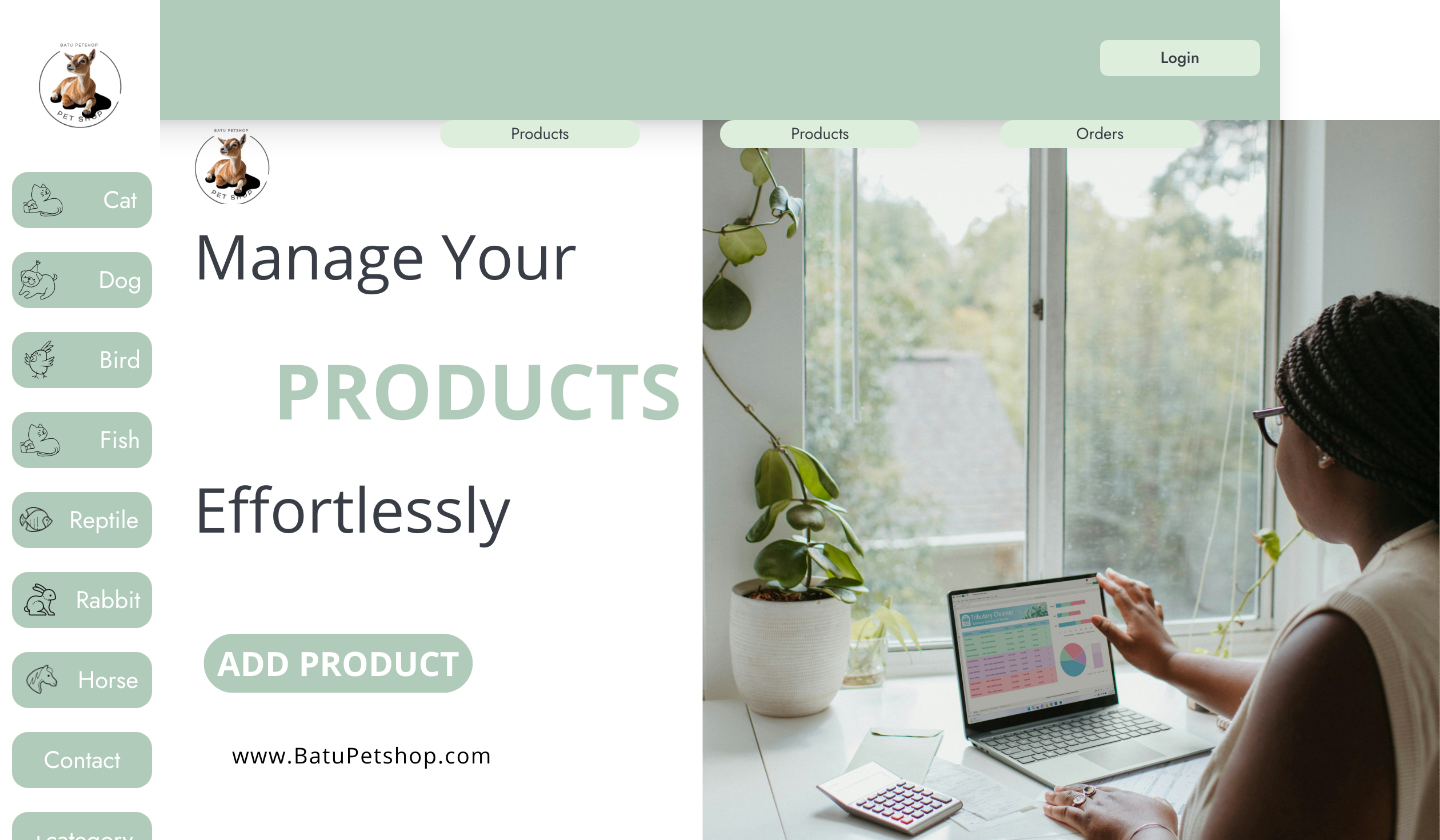
Repository: batu-call/batu-petshop
Page: /main (app in petshopp-appAdmin/admin/)
The author's editor kept a copy of each file at every save. The page is drawn from the files as they stood at one save, then again after the next save.
The browser window is 1280 px wide. The page is 1440 px wide, then 1280 px, then 1440 px, so the pictures cover 1440 px, including what lies to the right of the window. The pictures show the whole page.
The project was rebuilt for these pictures with package versions that can differ from the ones it lists, and the page was loaded fresh each time. The framework's server and built-in components were replaced by stand-ins that run in the browser. Also part of the build but not shown: petshopp-appAdmin/admin/next.config.ts.

Above is the page before, as saved 2025-09-21 01:38:49.

After the next save:
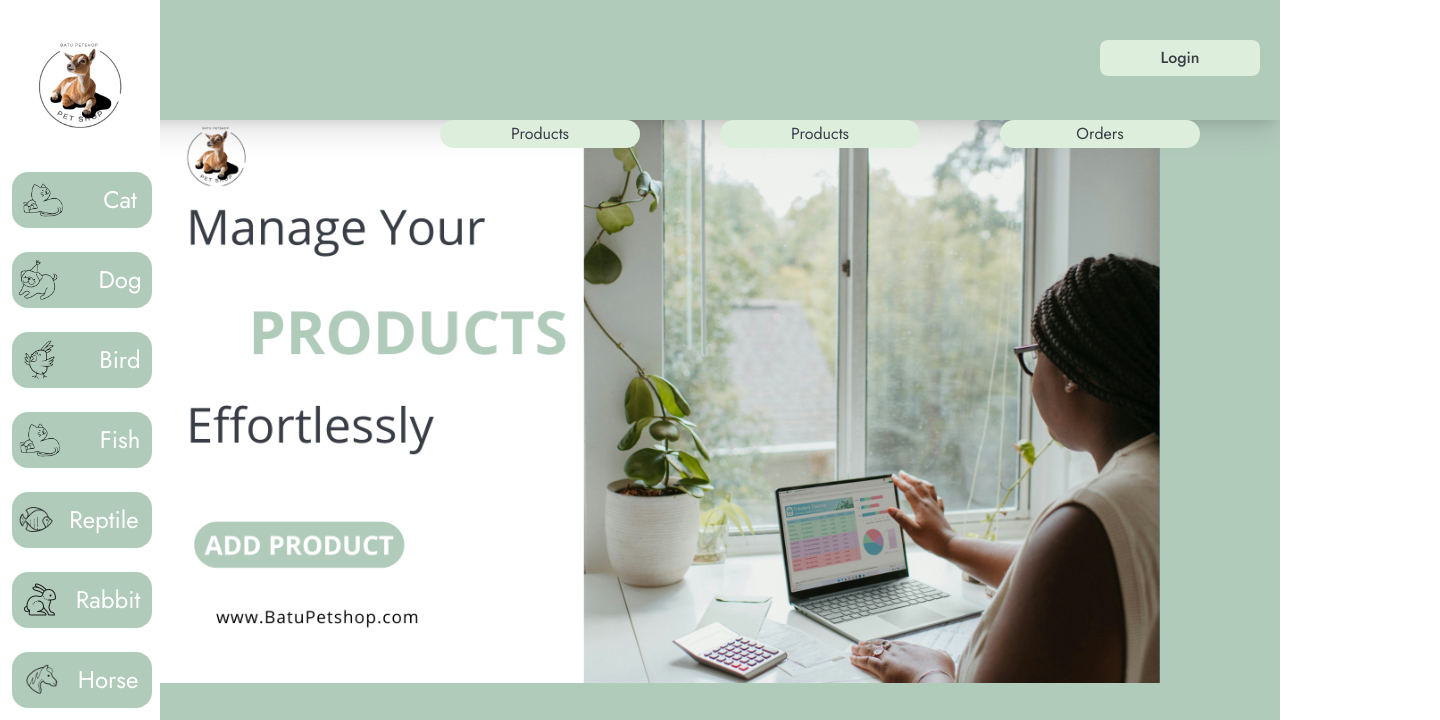
Saved 69 s later.
--- a/petshopp-appAdmin/admin/src/app/main/controller/Main.tsx
+++ b/petshopp-appAdmin/admin/src/app/main/controller/Main.tsx
@@ -3,7 +3,7 @@
 import Sidebar from '../../Sidebar/page'
 import Image from 'next/image'
 
-
+//1743
 const Main = () => {
   return (
     <div className='w-full h-screen bg-primary'>
@@ -11,7 +11,7 @@
       <Navbar />
       {/* Catgeory */}
       <Sidebar />
-      <Image src={"/admin-banner.png"} alt='admin-banner' width={1743} height={1000} className='ml-40'/>
+      <Image src={"/admin-banner.png"} alt='admin-banner' width={1000} height={1000} className='ml-40'/>
     </div>
   )
 }

After the 2 saves that followed:
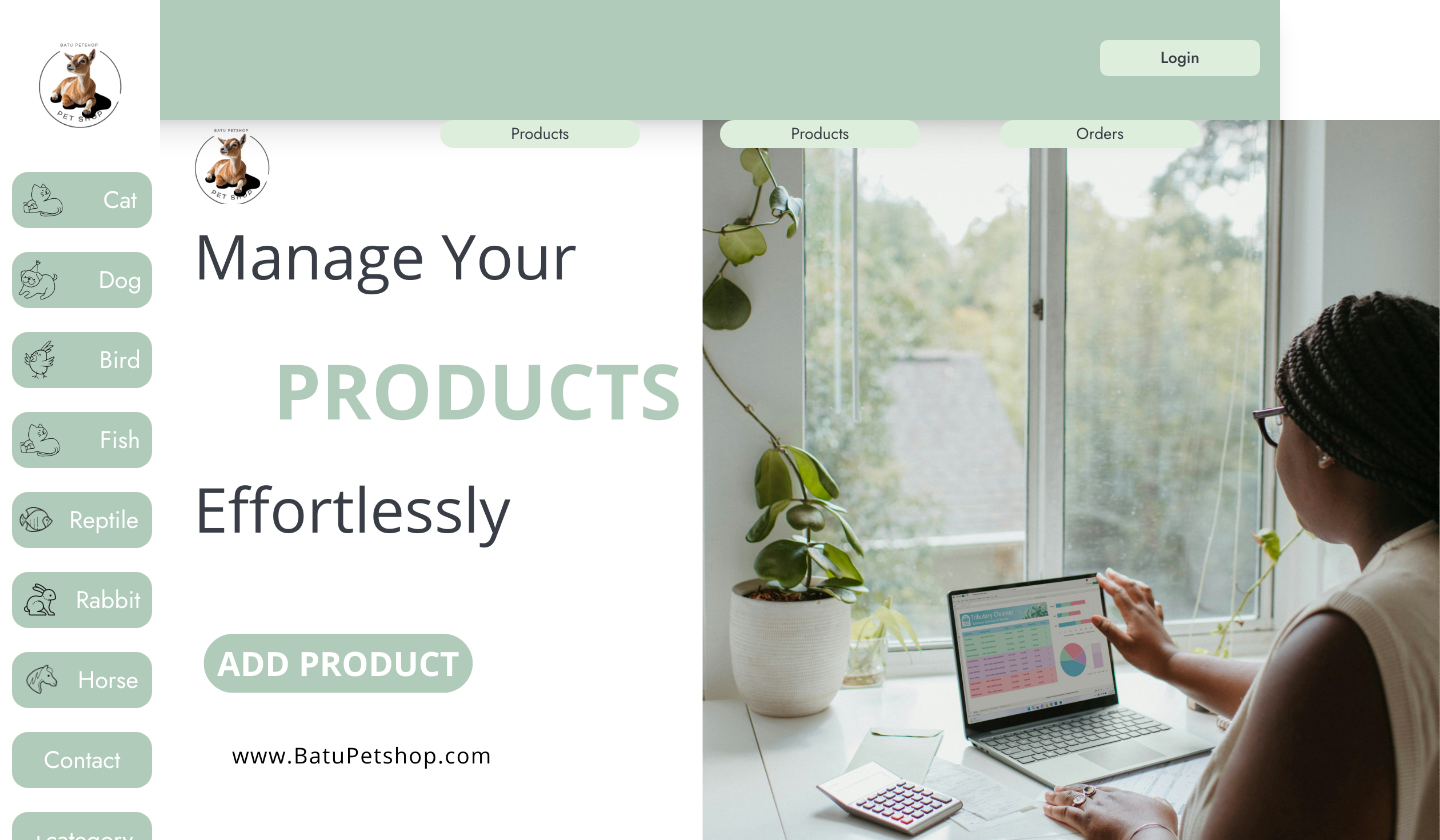
The 2 saves are shown as one change because 1 left the picture as it was.
The last was saved 42 s later.
--- a/petshopp-appAdmin/admin/src/app/main/controller/Main.tsx
+++ b/petshopp-appAdmin/admin/src/app/main/controller/Main.tsx
@@ -11,7 +11,7 @@
       <Navbar />
       {/* Catgeory */}
       <Sidebar />
-      <Image src={"/admin-banner.png"} alt='admin-banner' width={1000} height={1000} className='ml-40'/>
+      <Image src={"/admin-banner.png"} alt='admin-banner' width={2000} height={2000} className='ml-40'/>
     </div>
   )
 }
